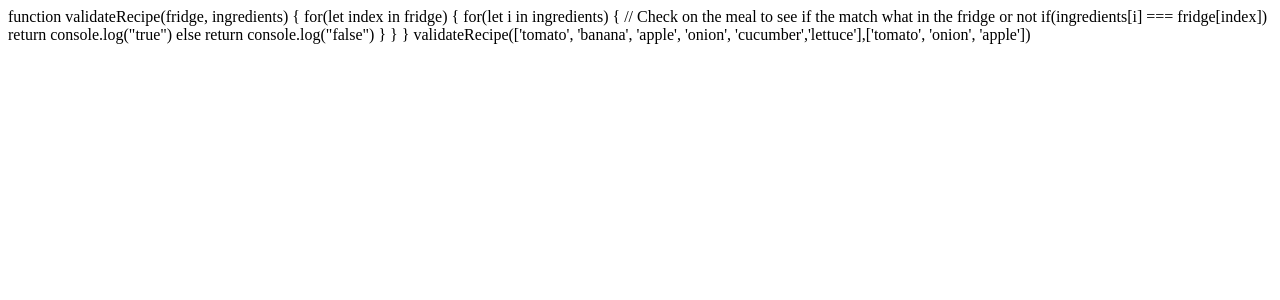
Repository: Shams97/coding_challenge
Page: problem3-solution-shams-naji.html
These files come from the project's save history. The page is drawn as it stood at one moment and after the next save; the edit follows.
The browser window is 1280 px wide. The pictures show the whole page.

Above is the page before, as saved 2021-10-27 15:59:46.

After the next save:
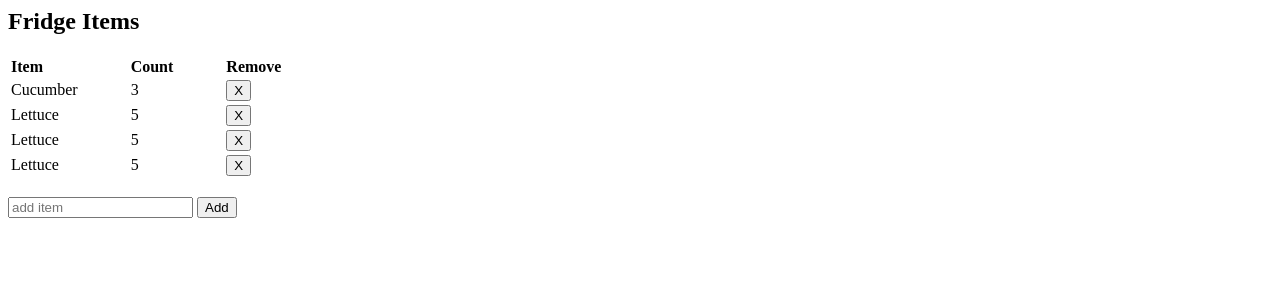
Saved 40 s later.
--- a/problem3-solution-shams-naji.html
+++ b/problem3-solution-shams-naji.html
@@ -1,17 +1,69 @@
+
+<html>
+  <body>
+    <h2>Fridge Items</h2>
+    <table>
+      <thead>
+        <td>
+          <b>Item</b>
+        </td>
+        <td>
+          <b>Count</b>
+        </td>
+        <td>
+          <b>Remove</b>
+        </td>
+      </thead>
+      <tbody>
+        <tr>
+          <td>Cucumber</td>
+          <td>3</td>
+          <td><button onClick="remove()">X</button></td>
+        </tr>
+        <tr>
+          <td>Lettuce</td>
+          <td>5</td>
+          <td><button onClick="remove()">X</button></td>
+        </tr>
+
+        <tr>
+          <td>Lettuce</td>
+          <td>5</td>
+          <td><button onClick="remove()">X</button></td>
+        </tr>
+
+        <tr>
+          <td>Lettuce</td>
+          <td>5</td>
+          <td><button onClick="remove()">X</button></td>
+        </tr>
+      </tbody>
+    </table>
+    <br />
+    <input type="text" id="item_input" placeholder="add item">
+    <button onclick="add()">Add</button>
+  </body>
+  <script>
+
+function add(){
+  let fridge={'tomato': 1, 'onion': 1}
+let new_item = document.getElementById("item_input").value
+// for(let i in fridge)
+// {
+  fridge.push(new_item)
+  console.log("adding item",fridge)
+// }
+}
+
+    function remove() {
+   return document.getElementsByTagName("tr")[0].style.display = 'none';
 
 
-function validateRecipe(fridge, ingredients) {
-    for(let index in fridge)
-      {
-        for(let i in ingredients)
-          {
-    // Check on the meal to see if the match what in the fridge or not
-              if(ingredients[i] === fridge[index])
-                return console.log("true")
-
-          else return console.log("false")
-          }
-      }
     }
-
-validateRecipe(['tomato', 'banana', 'apple', 'onion', 'cucumber','lettuce'],['tomato', 'onion', 'apple'])
+  </script>
+  <style>
+    td {
+      padding-right: 50px;
+    }
+  </style>
+</html>
